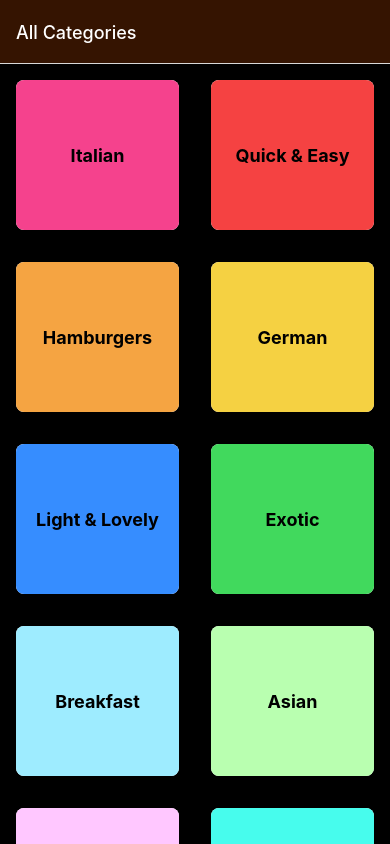
Repository: SyLe-Van/Food-Category-App
Screen: /
The author's editor kept a copy of each file at every save. The screen is drawn from the files as they stood at one save, then again after the next save.
An inner scrolling area shows only its first screen. The app was drawn by React Native's web renderer in a window 390 px wide. The project was rebuilt for these pictures with package versions that can differ from the ones it lists, and the page was loaded fresh each time. Also part of the build but not shown: components/MealItem.js, screens/MealsOverViewScreen.js.

Above is the screen before, as saved 2024-02-19 14:46:07.

### App.js
import { StatusBar } from "expo-status-bar";
import { StyleSheet } from "react-native";
import { NavigationContainer } from "@react-navigation/native";
import { createNativeStackNavigator } from "@react-navigation/native-stack";

import CategoriesScreen from "./screens/CategoriesScreen";
import MealsOverviewScreen from "./screens/MealsOverViewScreen";

const Stack = createNativeStackNavigator();

export default function App() {
  return (
    <>
      <StatusBar style="dark" />
      <NavigationContainer>
        <Stack.Navigator>
          <Stack.Screen
            name="MealsCategories"
            component={CategoriesScreen}
            options={{
              title: "All Categories",
              headerStyle: { backgroundColor: "#351401" },
              headerTintColor: "white",
              contentStyle: { backgroundColor: "black" },
            }}
          />
          <Stack.Screen name="MealsOverview" component={MealsOverviewScreen} />
        </Stack.Navigator>
      </NavigationContainer>
    </>
  );
}

const styles = StyleSheet.create({
  container: {
    flex: 1,
    backgroundColor: "#fff",
    alignItems: "center",
    justifyContent: "center",
  },
});

### screens/CategoriesScreen.js
import { FlatList } from "react-native";
import { CATEGORIES } from "../data/dummy-data";
import CategoryGridTile from "../components/CategoryGridTile";

function CategoriesScreen({ navigation }) {
  function renderCategoryItem(itemData) {
    function pressHandler() {
      navigation.navigate("MealsOverview", {
        categoryId: itemData.item.id,
      });
    }
    return (
      <CategoryGridTile
        title={itemData.item.title}
        color={itemData.item.color}
        onPress={pressHandler}
      />
    );
  }
  return (
    <FlatList
      data={CATEGORIES}
      keyExtractor={(item) => item.id}
      renderItem={renderCategoryItem}
      numColumns={2}
    />
  );
}
export default CategoriesScreen;

### data/dummy-data.js
import Category from "../models/category";
import Meal from "../models/meal";

export const CATEGORIES = [
  new Category("c1", "Italian", "#f5428d"),
  new Category("c2", "Quick & Easy", "#f54242"),
  new Category("c3", "Hamburgers", "#f5a442"),
  new Category("c4", "German", "#f5d142"),
  new Category("c5", "Light & Lovely", "#368dff"),
  new Category("c6", "Exotic", "#41d95d"),
  new Category("c7", "Breakfast", "#9eecff"),
  new Category("c8", "Asian", "#b9ffb0"),
  new Category("c9", "French", "#ffc7ff"),
  new Category("c10", "Summer", "#47fced"),
];

export const MEALS = [
  new Meal(
    "m1",
    ["c1", "c2"],
    "Spaghetti with Tomato Sauce",
    "affordable",
    "simple",
    "https://upload.wikimedia.org/wikipedia/commons/thumb/2/20/Spaghetti_Bolognese_mit_Parmesan_oder_Grana_Padano.jpg/800px-Spaghetti_Bolognese_mit_Parmesan_oder_Grana_Padano.jpg",
    20,
    [
      "4 Tomatoes",
      "1 Tablespoon of Olive Oil",
      "1 Onion",
      "250g Spaghetti",
      "Spices",
      "Cheese (optional)",
    ],
    [
      "Cut the tomatoes and the onion into small pieces.",
      "Boil some water - add salt to it once it boils.",
      "Put the spaghetti into the boiling water - they should be done in about 10 to 12 minutes.",
      "In the meantime, heaten up some olive oil and add the cut onion.",
      "After 2 minutes, add the tomato pieces, salt, pepper and your other spices.",
      "The sauce will be done once the spaghetti are.",
      "Feel free to add some cheese on top of the finished dish.",
    ],
    false,
    true,
    true,
    true
  ),

  new Meal(
    "m2",
    ["c2"],
    "Toast Hawaii",
    "affordable",
    "simple",
    "https://cdn.pixabay.com/photo/2018/07/11/21/51/toast-3532016_1280.jpg",
    10,
    [
      "1 Slice White Bread",
      "1 Slice Ham",
      "1 Slice Pineapple",
      "1-2 Slices of Cheese",
      "Butter",
    ],
    [
      "Butter one side of the white bread",
      "Layer ham, the pineapple and cheese on the white bread",
      "Bake the toast for round about 10 minutes in the oven at 200°C",
    ],
    false,
    false,
    false,
    false
  ),

  new Meal(
    "m3",
    ["c3"],
    "Classic Hamburger",
    "pricey",
    "simple",
    "https://cdn.pixabay.com/photo/2014/10/23/18/05/burger-500054_1280.jpg",
    45,
    [
      "300g Cattle Hack",
      "1 Tomato",
      "1 Cucumber",
      "1 Onion",
      "Ketchup",
      "2 Burger Buns",
    ],
    [
      "Form 2 patties",
      "Fry the patties for c. 4 minutes on each side",
      "Quickly fry the buns for c. 1 minute on each side",
      "Bruch buns with ketchup",
      "Serve burger with tomato, cucumber and onion",
    ],
    false,
    false,
    false,
    true
  ),

  new Meal(
    "m4",
    ["c4"],
    "Wiener Schnitzel",
    "luxurious",
    "challenging",
    "https://cdn.pixabay.com/photo/2018/03/31/19/29/schnitzel-3279045_1280.jpg",
    60,
    [
      "8 Veal Cutlets",
      "4 Eggs",
      "200g Bread Crumbs",
      "100g Flour",
      "300ml Butter",
      "100g Vegetable Oil",
      "Salt",
      "Lemon Slices",
    ],
    [
      "Tenderize the veal to about 2–4mm, and salt on both sides.",
      "On a flat plate, stir the eggs briefly with a fork.",
      "Lightly coat the cutlets in flour then dip into the egg, and finally, coat in breadcrumbs.",
      "Heat the butter and oil in a large pan (allow the fat to get very hot) and fry the schnitzels until golden brown on both sides.",
      "Make sure to toss the pan regularly so that the schnitzels are surrounded by oil and the crumbing becomes ‘fluffy’.",
      "Remove, and drain on kitchen paper. Fry the parsley in the remaining oil and drain.",
      "Place the schnitzels on awarmed plate and serve garnishedwith parsley and slices of lemon.",
    ],
    false,
    false,
    false,
    false
  ),

  new Meal(
    "m5",
    ["c2", "c5", "c10"],
    "Salad with Smoked Salmon",
    "luxurious",
    "simple",
    "https://cdn.pixabay.com/photo/2016/10/25/13/29/smoked-salmon-salad-1768890_1280.jpg",
    15,
    [
      "Arugula",
      "Lamb's Lettuce",
      "Parsley",
      "Fennel",
      "200g Smoked Salmon",
      "Mustard",
      "Balsamic Vinegar",
      "Olive Oil",
      "Salt and Pepper",
    ],
    [
      "Wash and cut salad and herbs",
      "Dice the salmon",
      "Process mustard, vinegar and olive oil into a dessing",
      "Prepare the salad",
      "Add salmon cubes and dressing",
    ],
    true,
    false,
    true,
    true
  ),

  new Meal(
    "m6",
    ["c6", "c10"],
    "Delicious Orange Mousse",
    "affordable",
    "hard",
    "https://cdn.pixabay.com/photo/2017/05/01/05/18/pastry-2274750_1280.jpg",
    240,
    [
      "4 Sheets of Gelatine",
      "150ml Orange Juice",
      "80g Sugar",
      "300g Yoghurt",
      "200g Cream",
      "Orange Peel",
    ],
    [
      "Dissolve gelatine in pot",
      "Add orange juice and sugar",
      "Take pot off the stove",
      "Add 2 tablespoons of yoghurt",
      "Stir gelatin under remaining yoghurt",
      "Cool everything down in the refrigerator",
      "Whip the cream and lift it under die orange mass",
      "Cool down again for at least 4 hours",
      "Serve with orange peel",
    ],
    true,
    false,
    true,
    false
  ),

  new Meal(
    "m7",
    ["c7"],
    "Pancakes",
    "affordable",
    "simple",
    "https://cdn.pixabay.com/photo/2018/07/10/21/23/pancake-3529653_1280.jpg",
    20,
    [
      "1 1/2 Cups all-purpose Flour",
      "3 1/2 Teaspoons Baking Powder",
      "1 Teaspoon Salt",
      "1 Tablespoon White Sugar",
      "1 1/4 cups Milk",
      "1 Egg",
      "3 Tablespoons Butter, melted",
    ],
    [
      "In a large bowl, sift together the flour, baking powder, salt and sugar.",
      "Make a well in the center and pour in the milk, egg and melted butter; mix until smooth.",
      "Heat a lightly oiled griddle or frying pan over medium high heat.",
      "Pour or scoop the batter onto the griddle, using approximately 1/4 cup for each pancake. Brown on both sides and serve hot.",
    ],
    true,
    false,
    true,
    false
  ),

  new Meal(
    "m8",
    ["c8"],
    "Creamy Indian Chicken Curry",
    "pricey",
    "challenging",
    "https://cdn.pixabay.com/photo/2018/06/18/16/05/indian-food-3482749_1280.jpg",
    35,
    [
      "4 Chicken Breasts",
      "1 Onion",
      "2 Cloves of Garlic",
      "1 Piece of Ginger",
      "4 Tablespoons Almonds",
      "1 Teaspoon Cayenne Pepper",
      "500ml Coconut Milk",
    ],
    [
      "Slice and fry the chicken breast",
      "Process onion, garlic and ginger into paste and sauté everything",
      "Add spices and stir fry",
      "Add chicken breast + 250ml of water and cook everything for 10 minutes",
      "Add coconut milk",
      "Serve with rice",
    ],
    true,
    false,
    false,
    true
  ),

  new Meal(
    "m9",
    ["c9"],
    "Chocolate Souffle",
    "affordable",
    "hard",
    "https://cdn.pixabay.com/photo/2014/08/07/21/07/souffle-412785_1280.jpg",
    45,
    [
      "1 Teaspoon melted Butter",
      "2 Tablespoons white Sugar",
      "2 Ounces 70% dark Chocolate, broken into pieces",
      "1 Tablespoon Butter",
      "1 Tablespoon all-purpose Flour",
      "4 1/3 tablespoons cold Milk",
      "1 Pinch Salt",
      "1 Pinch Cayenne Pepper",
      "1 Large Egg Yolk",
      "2 Large Egg Whites",
      "1 Pinch Cream of Tartar",
      "1 Tablespoon white Sugar",
    ],
    [
      "Preheat oven to 190°C. Line a rimmed baking sheet with parchment paper.",
      "Brush bottom and sides of 2 ramekins lightly with 1 teaspoon melted butter; cover bottom and sides right up to the rim.",
      "Add 1 tablespoon white sugar to ramekins. Rotate ramekins until sugar coats all surfaces.",
      "Place chocolate pieces in a metal mixing bowl.",
      "Place bowl over a pan of about 3 cups hot water over low heat.",
      "Melt 1 tablespoon butter in a skillet over medium heat. Sprinkle in flour. Whisk until flour is incorporated into butter and mixture thickens.",
      "Whisk in cold milk until mixture becomes smooth and thickens. Transfer mixture to bowl with melted chocolate.",
      "Add salt and cayenne pepper. Mix together thoroughly. Add egg yolk and mix to combine.",
      "Leave bowl above the hot (not simmering) water to keep chocolate warm while you whip the egg whites.",
      "Place 2 egg whites in a mixing bowl; add cream of tartar. Whisk until mixture begins to thicken and a drizzle from the whisk stays on the surface about 1 second before disappearing into the mix.",
      "Add 1/3 of sugar and whisk in. Whisk in a bit more sugar about 15 seconds.",
      "whisk in the rest of the sugar. Continue whisking until mixture is about as thick as shaving cream and holds soft peaks, 3 to 5 minutes.",
      "Transfer a little less than half of egg whites to chocolate.",
      "Mix until egg whites are thoroughly incorporated into the chocolate.",
      "Add the rest of the egg whites; gently fold into the chocolate with a spatula, lifting from the bottom and folding over.",
      "Stop mixing after the egg white disappears. Divide mixture between 2 prepared ramekins. Place ramekins on prepared baking sheet.",
      "Bake in preheated oven until scuffles are puffed and have risen above the top of the rims, 12 to 15 minutes.",
    ],
    true,
    false,
    true,
    false
  ),
  new Meal(
    "m10",
    ["c2", "c5", "c10"],
    "Asparagus Salad with Cherry Tomatoes",
    "luxurious",
    "simple",
    "https://cdn.pixabay.com/photo/2018/04/09/18/26/asparagus-3304997_1280.jpg",
    30,
    [
      "White and Green Asparagus",
      "30g Pine Nuts",
      "300g Cherry Tomatoes",
      "Salad",
      "Salt, Pepper and Olive Oil",
    ],
    [
      "Wash, peel and cut the asparagus",
      "Cook in salted water",
      "Salt and pepper the asparagus",
      "Roast the pine nuts",
      "Halve the tomatoes",
      "Mix with asparagus, salad and dressing",
      "Serve with Baguette",
    ],
    true,
    true,
    true,
    true
  ),
];

### components/CategoryGridTile.js
import { Pressable, View, Text, StyleSheet, Platform } from "react-native";
import { useNavigation } from "@react-navigation/native";
function CategoryGridItem({ title, color, onPress, Navigation }) {
  return (
    <View style={styles.gridItem}>
      <Pressable
        style={({ pressed }) => [
          styles.button,
          pressed ? styles.buttonPressed : null,
        ]}
        onPress={onPress}
      >
        <View style={[styles.innerContainer, { backgroundColor: color }]}>
          <Text style={styles.title}>{title}</Text>
        </View>
      </Pressable>
    </View>
  );
}
export default CategoryGridItem;

const styles = StyleSheet.create({
  gridItem: {
    flex: 1,
    margin: 16,
    height: 150,
    borderRadius: 8,
    backgroundColor: "white",
    shadowColor: "black",
    shadowOpacity: 0.25,
    shadowOffset: { width: 0, height: 2 },
    shadowOffset: 8,
    overflow: Platform.OS === "android" ? "hidden" : "visible",
  },
  button: {
    flex: 1,
  },
  buttonPressed: {
    opacity: 0.5,
  },
  innerContainer: {
    flex: 1,
    justifyContent: "center",
    padding: 16,
    alignItems: "center",
    borderRadius: 8,
  },
  title: {
    fontWeight: "bold",
    fontSize: 18,
  },
});

Loaded but not shown: models/category.js (common file); models/meal.js (common file)

After the next save:
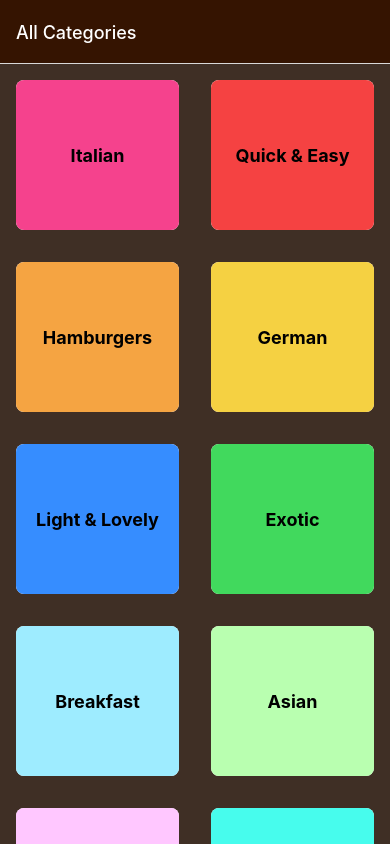
Saved 13 s later.
--- a/App.js
+++ b/App.js
@@ -21,7 +21,7 @@ export default function App() {
               title: "All Categories",
               headerStyle: { backgroundColor: "#351401" },
               headerTintColor: "white",
-              contentStyle: { backgroundColor: "black" },
+              contentStyle: { backgroundColor: "#3f2f25" },
             }}
           />
           <Stack.Screen name="MealsOverview" component={MealsOverviewScreen} />
